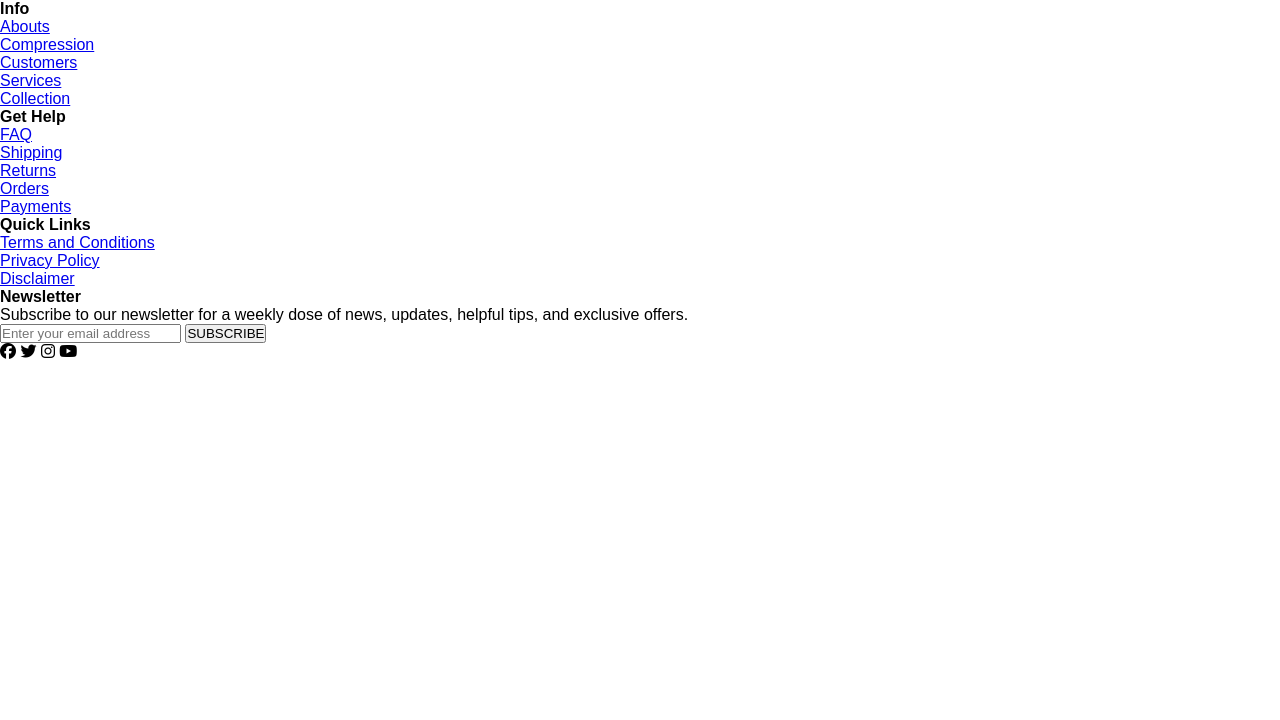
Repository: syni18/responsive_footer
Page: index.html
These files come from the project's save history. The page is drawn as it stood at one moment and after a run of saves; the edit follows.
The browser window is 1280 px wide. The pictures show the whole page.
Some web libraries are served in a nearby version.

Above is the page before, as saved 2023-11-03 17:13:35.

### index.html
<!DOCTYPE html>
<html lang="en">
<head>
    <meta charset="UTF-8">
    <meta name="viewport" content="width=device-width, initial-scale=1.0">
    <link rel="stylesheet" href="https://cdnjs.cloudflare.com/ajax/libs/font-awesome/6.4.2/css/all.in.css">
    <link rel="stylesheet" href="style.css">
    <title>Responsive footer</title>
</head>
<body>
    <section class="footer">
        <div class="footer-row">
            <div class="footer-col">
                <h4>Info</h4>
                <ul class="links">
                    <li><a href="#">Abouts</a></li>
                    <li><a href="#">Compression</a></li>
                    <li><a href="#">Customers</a></li>
                    <li><a href="#">Services</a></li>
                    <li><a href="#">Collection</a></li>
                </ul>
            </div>

            <div class="footer-col">
                <h4>Get Help</h4>
                <ul class="links">
                    <li><a href="#">FAQ</a></li>
                    <li><a href="#">Shipping</a></li>
                    <li><a href="#">Returns</a></li>
                    <li><a href="#">Orders</a></li>
                    <li><a href="#">Payments</a></li>
                </ul>
            </div>

            <div class="footer-col">
                <h4>Quick Links</h4>
                <ul class="links">
                    <li><a href="#">Terms and Conditions</a></li>
                    <li><a href="#">Privacy Policy</a></li>
                    <li><a href="#">Disclaimer</a></li>
                </ul>
            </div>

            <div class="footer-col">
                <h4>Newsletter</h4>
                <p>
                    Subscribe to our newsletter for a weekly dose of news, updates, helpful tips, and exclusive offers.
                </p>
                <form action="#">
                    <input type="email" name="email" id="email" placeholder="Enter your email address">
                    <button type="submit">SUBSCRIBE</button>
                </form>
                <div class="icons">
                    <i class="fa-brands fa-facebook"></i>
                    <i class="fa-brands fa-twitter"></i>
                    <i class="fa-brands fa-instagram"></i>
                    <i class="fa-brands fa-youtube"></i>
                </div>
            </div>
        </div>
    </section>
</body>
</html>

### style.css
*{
    margin: 0;
    padding: 0;
    box-sizing: border-box;
    font-family: sans-serif;
}
.footer{
    position: absolute;
    top50
}

After the next 7 saves:
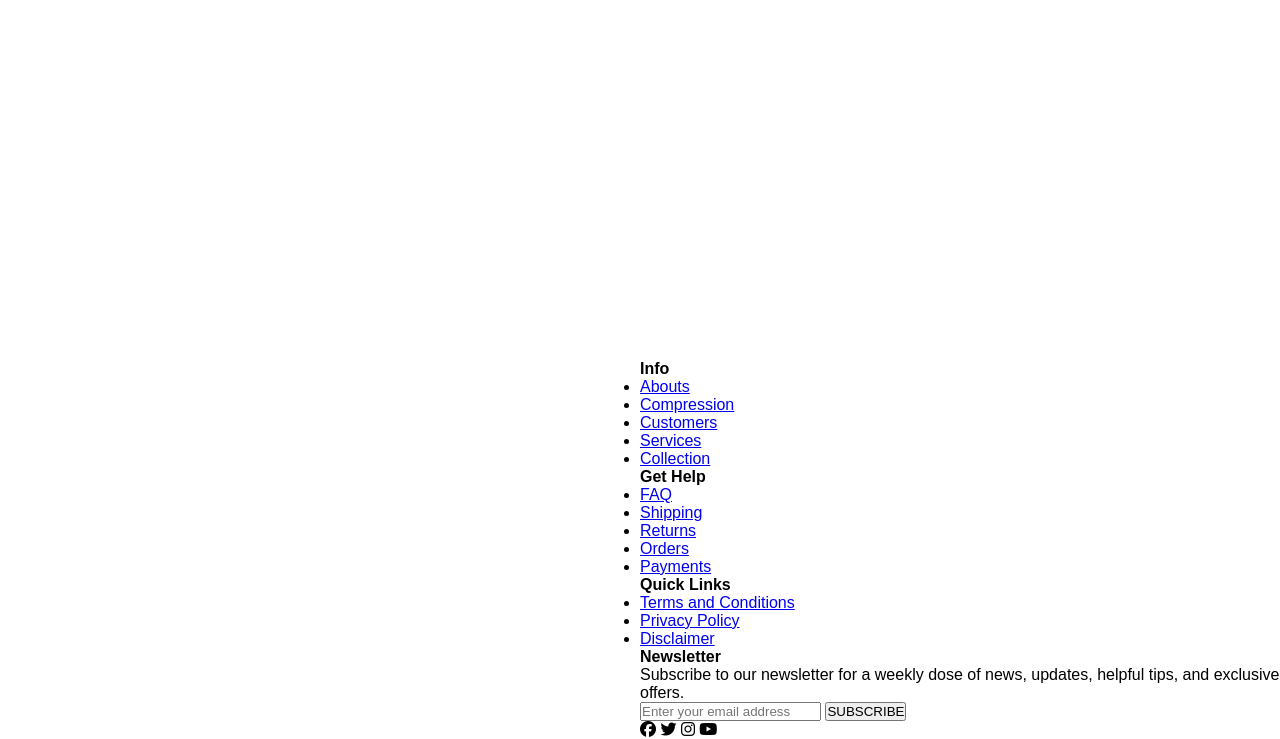
The 7 saves are shown as one change because they came seconds apart.
The last was saved 19 s later.
--- a/style.css
+++ b/style.css
@@ -6,5 +6,7 @@
 }
 .footer{
     position: absolute;
-    top50
+    top: 50%;
+    left: 50%;
+    transform: translate();
 }
